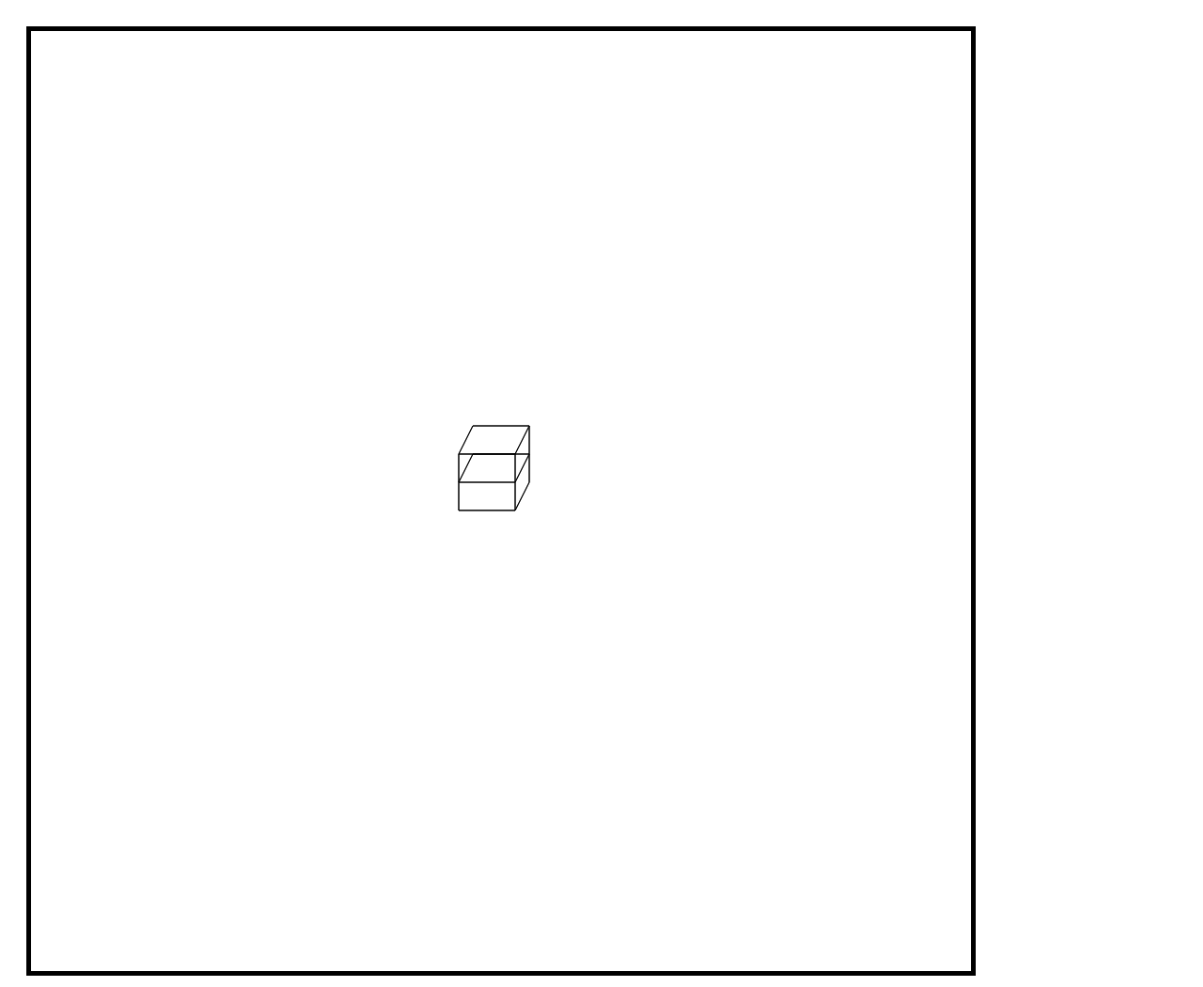
Repository: ejrtn/springbootMaven
Page: deoksu/src/main/resources/static/space.html
The author's editor kept a copy of each file at every save. The page is drawn from the files as they stood at one save, then again after the next save.
The browser window is 1280 px wide. The pictures show the whole page, at 94% of full size.

Above is the page before, as saved 2021-04-10 00:58:33.

### deoksu/src/main/resources/static/space.html
<!DOCTYPE html>
<html>
<head>
<meta charset="UTF-8">
<title>Insert title here</title>

</head>
<body>
	<canvas id=canvas width="1000" height="1000" style="border: 5px solid black; margin: 20px 0px 0px 20px;"></canvas>
	<script>
	var s = [470, 450, 530, 450, 455, 480, 515, 480, 455, 510, 515, 510, 470, 450, 455, 480,
		530, 450, 515, 480, 530, 480, 515, 510, 455, 480, 455, 510, 515, 480, 515, 510, 530, 450, 530, 480];
	var c = s;
	var sum = [];
	function square(){
//	 	가로1
// 		ctx.moveTo(c[0], c[1]);
// 		ctx.lineTo(c[2], c[3]);
//		가로2
// 		ctx.moveTo(c[4], c[5]);
// 		ctx.lineTo(c[6], c[7]);
//		가로3
// 		ctx.moveTo(c[8], c[9]);
// 		ctx.lineTo(c[10], c[11]);
//		사선(/)1
// 		ctx.moveTo(c[12], c[13]);
// 		ctx.lineTo(c[14], c[15]);
//		사선(/)2
// 		ctx.moveTo(c[16], c[17]);
// 		ctx.lineTo(c[18], c[19]);
//		사선(/)3
// 		ctx.moveTo(c[20], c[21]);
// 		ctx.lineTo(c[22], c[23]);
//		세로1
// 		ctx.moveTo(c[24], c[25]);
// 		ctx.lineTo(c[26], c[27]);
//		세로2
// 		ctx.moveTo(c[28], c[29]);
// 		ctx.lineTo(c[30], c[31]);
//	 	세로3
// 	 	ctx.moveTo(c[32], c[33]);
// 	 	ctx.lineTo(c[34], c[35]);
		for(i=0;i<36;i++){
			ctx.moveTo(c[i], c[i+1]);
			ctx.lineTo(c[i+2], c[i+3]);
			i+=3
		}
	}

//	오른쪽
	function right(){
		for(i=0;i<36;i++){
			if(!(i==16 || i==24)){
				console.log(i)
				ctx.moveTo(c[i]+60, c[i+1]);
				ctx.lineTo(c[i+2]+60, c[i+3]);
			}
			i+=3
		}
	}

//	왼쪽
	function left(){
		for(i=0;i<36;i++){
			if(!(i==16 || i==20 || i==28 || i==32)){
				console.log(i)
				ctx.moveTo(c[i]-60, c[i+1]);
				ctx.lineTo(c[i+2]-60, c[i+3]);
			}
			i+=3
		}
	}

//	북쪽
	function up(){
		for(i=0;i<36;i++){
			if(!(i==4 || i==8 || i==24 || i==28)){
				console.log(i)
				ctx.moveTo(c[i]+15, c[i+1]-30);
				ctx.lineTo(c[i+2]+15, c[i+3]-30);
			}
			i+=3
		}
	}

// 	위에
	function uptop(){
		for(i=0;i<36;i++){
			if(!(i==8 || i==20)){
				ctx.moveTo(c[i], c[i+1]-30);
				ctx.lineTo(c[i+2], c[i+3]-30);
			}
			i+=3
		}
	}

	var canvas = document.getElementById("canvas");
	var ctx = canvas.getContext("2d");
	ctx.beginPath();

	var ctx2 = canvas.getContext("2d");
	ctx2.beginPath();
	square();
	uptop();
// 	up();
// 	left();
// 	right();

	ctx.stroke();
	ctx2.stroke();
	</script>
</body>
</html>

After the next save:
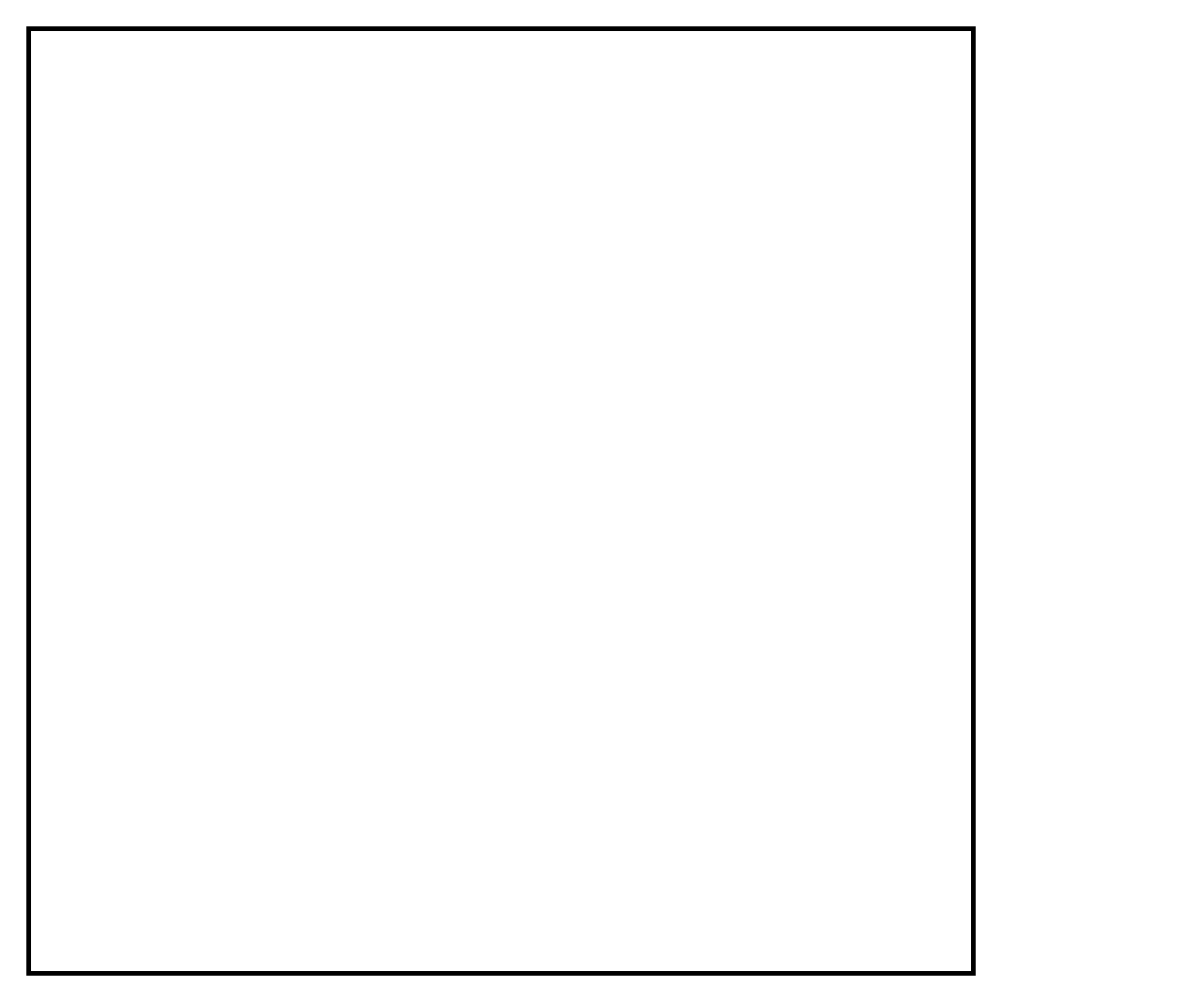
Console error: TypeError: ctx2.strokeStyle is not a function
Saved 65 s later.
--- a/deoksu/src/main/resources/static/space.html
+++ b/deoksu/src/main/resources/static/space.html
@@ -100,6 +100,8 @@
 
 	var ctx2 = canvas.getContext("2d");
 	ctx2.beginPath();
+	ctx2.strokeStyle("white")
+
 	square();
 	uptop();
 // 	up();

After the 4 saves that followed:
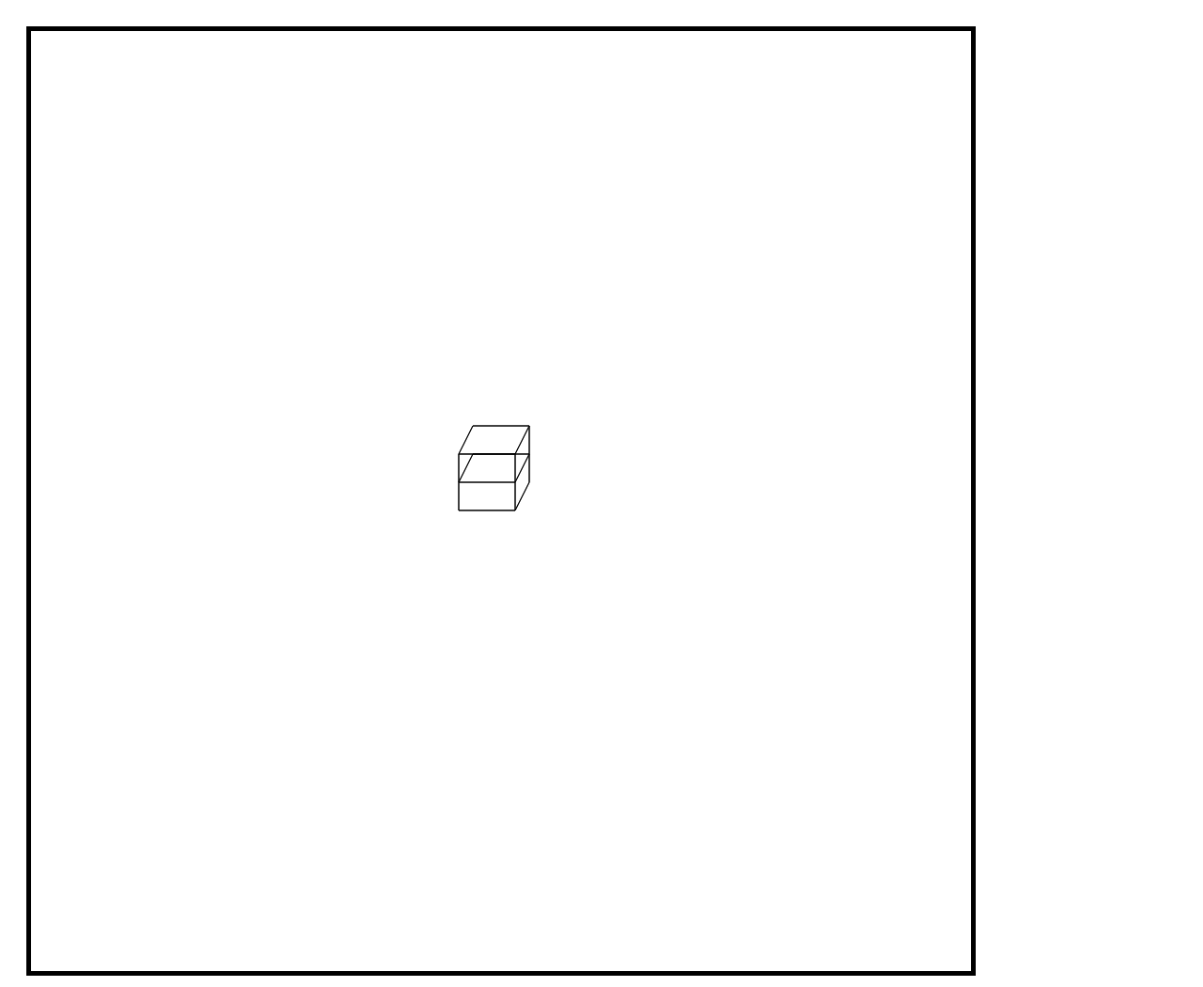
The error is gone.
The 4 saves are shown as one change because 3 left the picture as it was.
The last was saved 57 s later.
--- a/deoksu/src/main/resources/static/space.html
+++ b/deoksu/src/main/resources/static/space.html
@@ -100,7 +100,7 @@
 
 	var ctx2 = canvas.getContext("2d");
 	ctx2.beginPath();
-	ctx2.strokeStyle("white")
+// 	ctx2.strokeStyle="white"
 
 	square();
 	uptop();
@@ -108,8 +108,9 @@
 // 	left();
 // 	right();
 
+	ctx2.stroke();
 	ctx.stroke();
-	ctx2.stroke();
+
 	</script>
 </body>
 </html>
